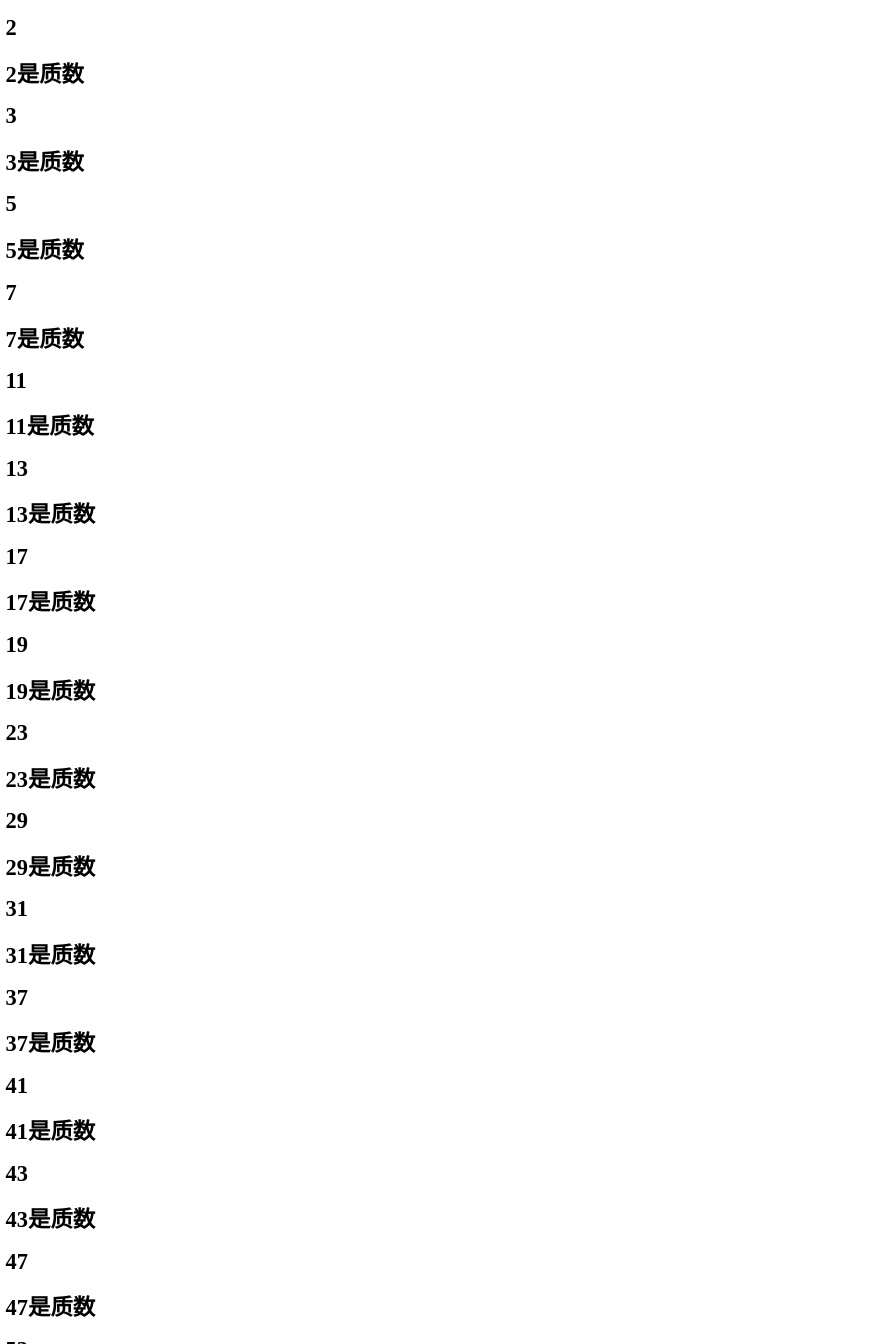
Repository: PeiroJack/eclipse-workspace
Page: http://localhost/MyJsp/prime.jsp
An editor plug-in stored every save of this project. The page is shown before and after the next save, followed by the edit.
The browser window is 1280 px wide. The pictures show the part of the page from y = 0 to 1920 px (the page is 21168 px tall before and 22680 px after), at 70% of full size.
The page is served by Tomcat 9.

Above is the page before, as saved 2020-03-13 16:42:05.

### MyJsp/WebContent/prime.jsp
<%@ page import="java.util.*,java.text.*" language="java" contentType="text/html; charset=UTF-8"
    pageEncoding="UTF-8"%>
<!DOCTYPE html>
<html>
<head>
<meta charset="UTF-8">
<title>Insert title here</title>
</head>
<body>
<%!
	boolean isPrime(int num){
	boolean flag = true;
	for(int j = 2 ; j < num ;j++){
		if(num % j == 0){
			flag = false;
			break;
		}
	}
	return flag;
}
%>
<%
	List<Integer> primes = new ArrayList();
	for(int i = 2 ; i<=1000 ; i++){
		if(isPrime(i) == true){
			//out.println("<h1>" + i + "</h1>");
			primes.add(i);
		}
	}
%>
<%
	for(int p:primes){
%>
<h1><%=p %></h1>
<%
		out.println("<h1>" + p + "是质数</h1>");
	}
%>
</body>
</html>

After the next save:
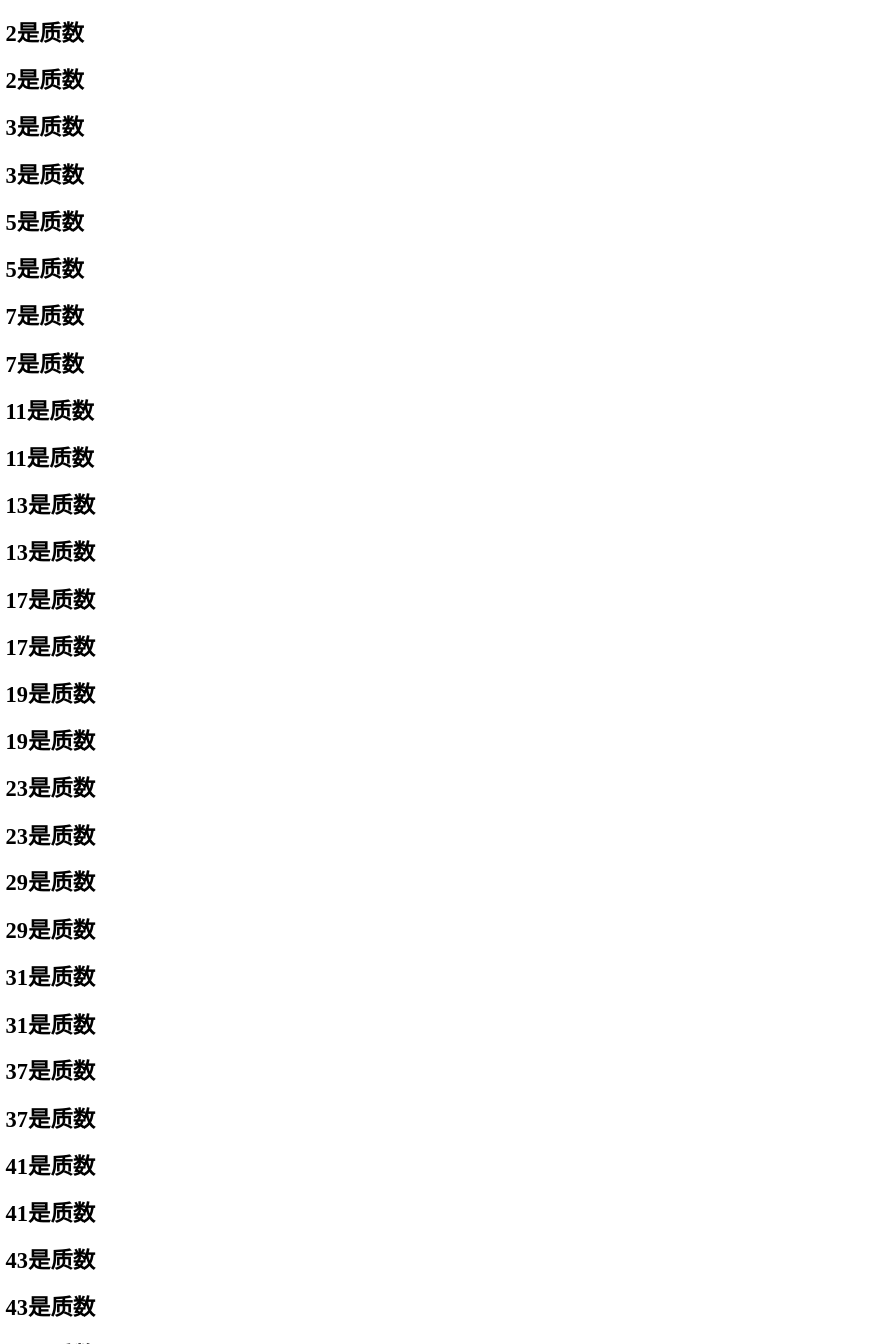
Saved 2 min 6 s later.
--- a/MyJsp/WebContent/prime.jsp
+++ b/MyJsp/WebContent/prime.jsp
@@ -1,5 +1,5 @@
-<%@ page import="java.util.*,java.text.*" language="java" contentType="text/html; charset=UTF-8"
-    pageEncoding="UTF-8"%>
+<%@ page import="java.util.*,java.text.*" language="java"
+	contentType="text/html; charset=UTF-8" pageEncoding="UTF-8"%>
 <!DOCTYPE html>
 <html>
 <head>
@@ -7,34 +7,32 @@
 <title>Insert title here</title>
 </head>
 <body>
-<%!
-	boolean isPrime(int num){
-	boolean flag = true;
-	for(int j = 2 ; j < num ;j++){
-		if(num % j == 0){
-			flag = false;
-			break;
+	<%!boolean isPrime(int num) {
+		boolean flag = true;
+		for (int j = 2; j < num; j++) {
+			if (num % j == 0) {
+				flag = false;
+				break;
+			}
 		}
-	}
-	return flag;
-}
-%>
-<%
-	List<Integer> primes = new ArrayList();
-	for(int i = 2 ; i<=1000 ; i++){
-		if(isPrime(i) == true){
-			//out.println("<h1>" + i + "</h1>");
-			primes.add(i);
+		return flag;
+	}%>
+	<%
+		List<Integer> primes = new ArrayList();
+		for (int i = 2; i <= 1000; i++) {
+			if (isPrime(i) == true) {
+				//out.println("<h1>" + i + "</h1>");
+				primes.add(i);
+			}
 		}
-	}
-%>
-<%
-	for(int p:primes){
-%>
-<h1><%=p %></h1>
-<%
+	%>
+	<%
+		for (int p : primes) {
+	%>
+	<h1><%=p%>是质数</h1>
+	<%
 		out.println("<h1>" + p + "是质数</h1>");
-	}
-%>
+		}
+	%>
 </body>
 </html>
